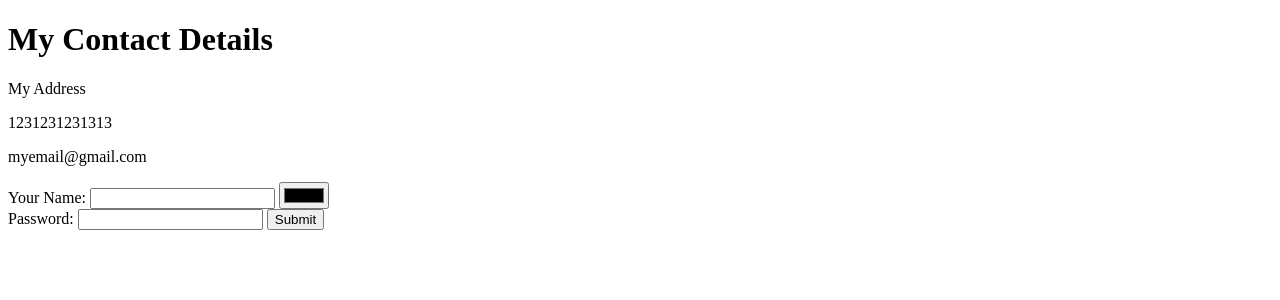
Repository: Isanderr/simple_landing_page-1
Page: contact.html
The author's editor kept a copy of each file at every save. The page is drawn from the files as they stood at one save, then again after the next save.
The browser window is 1280 px wide. The pictures show the whole page.

Above is the page before, as saved 2019-01-29 09:41:33.

After the next save:
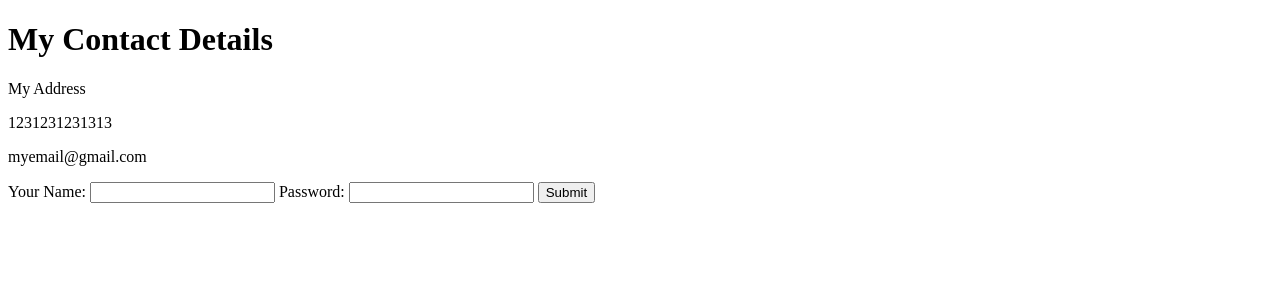
Saved 104 s later.
--- a/contact.html
+++ b/contact.html
@@ -16,7 +16,6 @@
         <form action="" class="" method="POST">
             <label>Your Name: </label>
             <input type="text">
-            <input type="color"><br>
             <label for="">Password: </label>
             <input type="password">
             <input type="submit">
